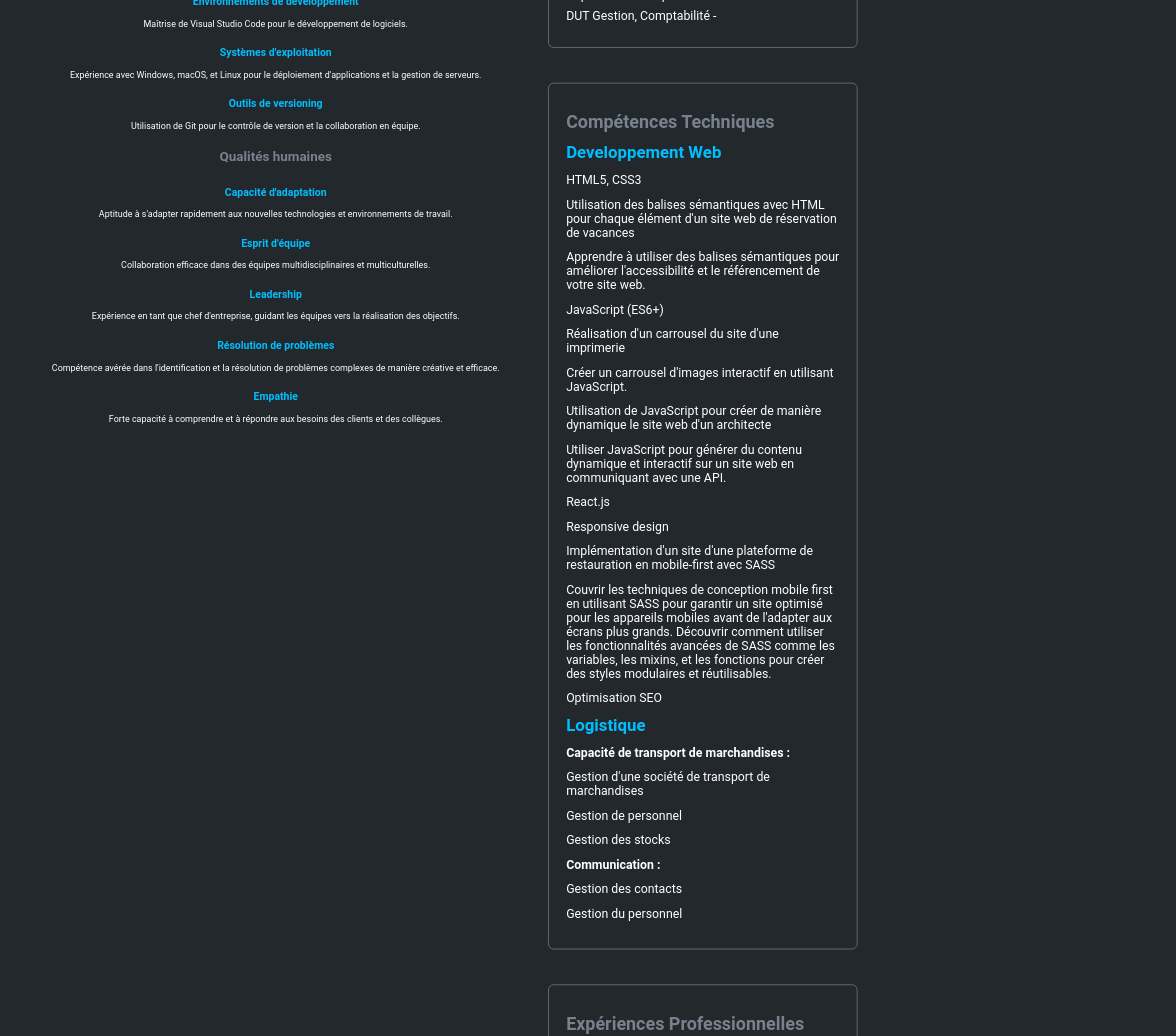
Repository: Christian121966/cv-logistique
Page: /
The author's editor kept a copy of each file at every save. The page is drawn from the files as they stood at one save, then again after a run of saves.
The browser window is 1280 px wide. The page is 1680 px wide, so the pictures cover 1680 px, including what lies to the right of the window. The pictures show the part of the page from y = 416 to 1896 px (the page is 2702 px tall before and 1927 px after), at 70% of full size.
The project was rebuilt for these pictures with package versions that can differ from the ones it lists, and the page was loaded fresh each time.

Above is the page before, as saved 2024-07-27 19:42:06.

After the next 2 saves:
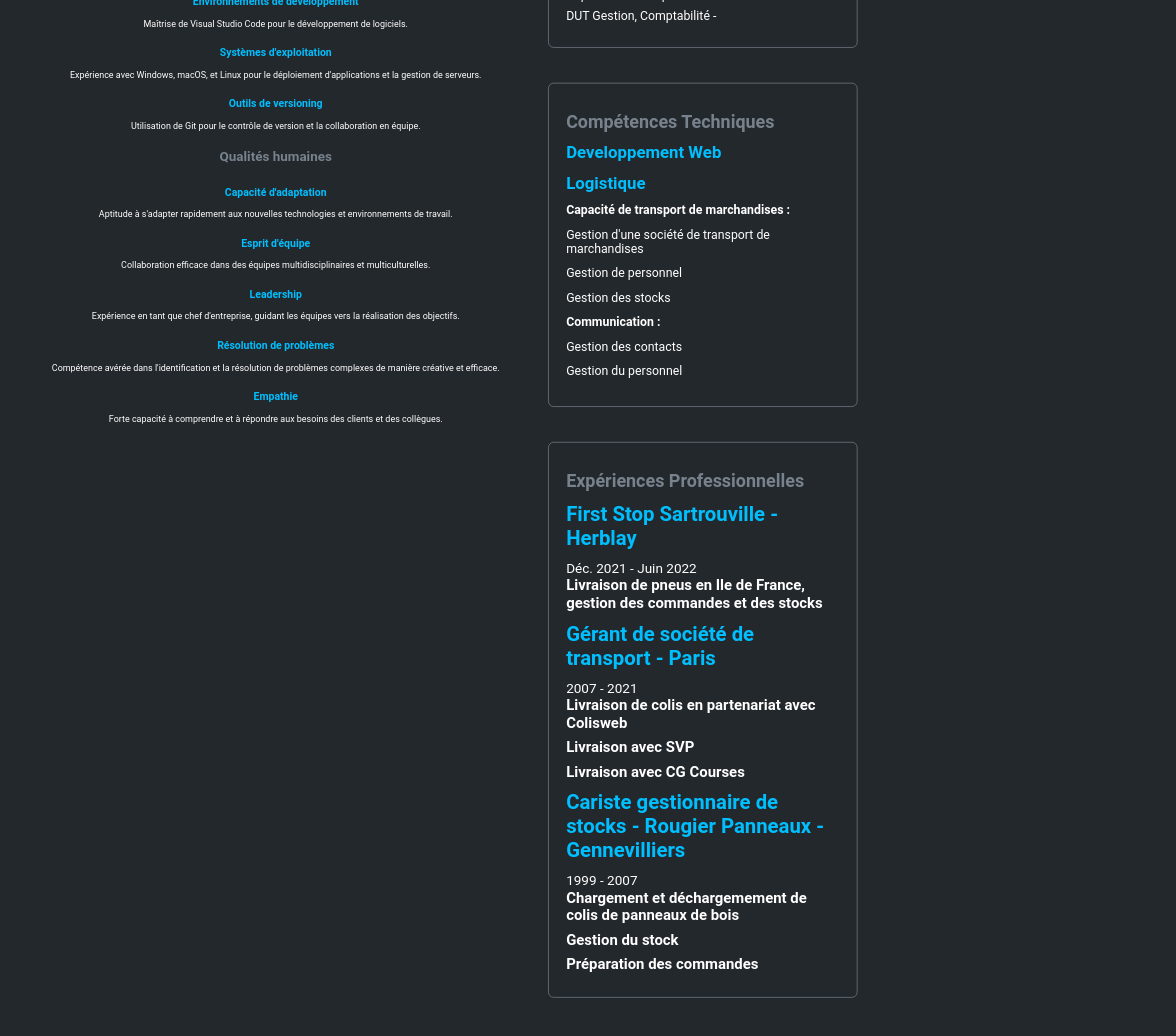
The 2 saves are shown as one change because they came seconds apart.
The last was saved 10 h 53 min later.
--- a/src/components/CompetencesTechniques.js
+++ b/src/components/CompetencesTechniques.js
@@ -21,8 +21,8 @@ function CompetencesTechniques() {
       <h3>Developpement Web</h3>
       <ul>
         {cvData.competences.developpementWeb.map((item, index) => (
-          <li key={index}>
-            {isBold(item) ? <strong>{item}</strong> : item}
+          <li key={index} className={item.title ? 'li_title' : ''}>
+            {item.text}
           </li>
         ))}
       </ul>
